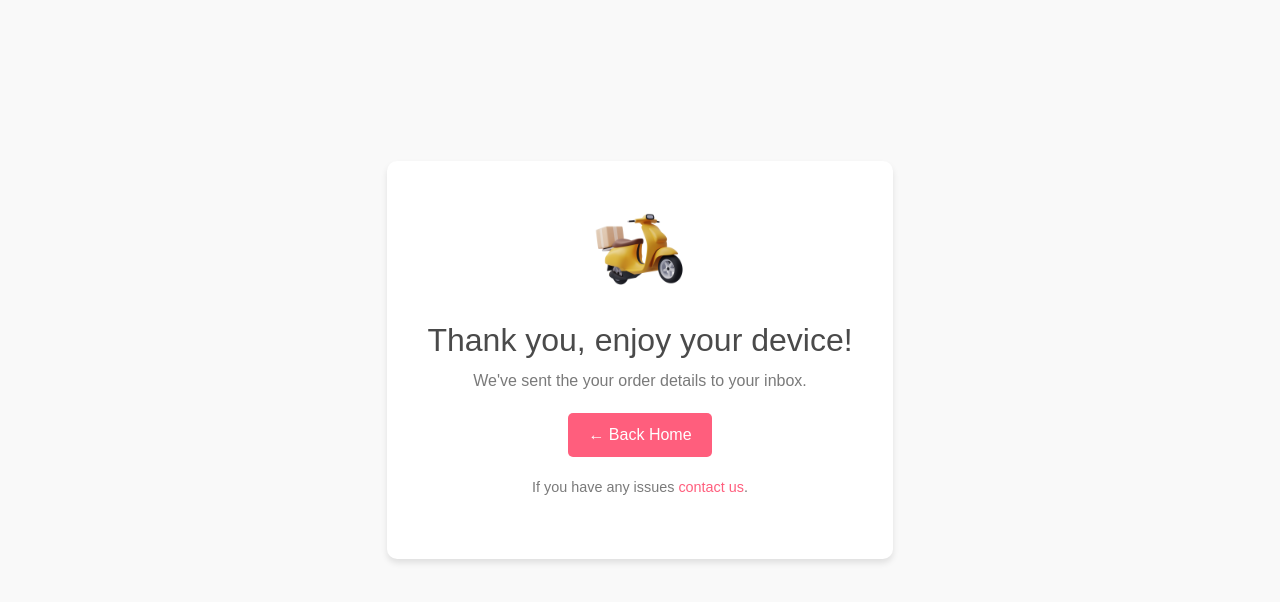
Repository: Davidobi21/macelect
Page: frontend/pages/thank-you.html
These files come from the project's save history. The page is drawn as it stood at one moment and after the next save; the edit follows.
The browser window is 1280 px wide. The pictures show the whole page.

Above is the page before, as saved 2025-05-01 05:23:46.

After the next save:
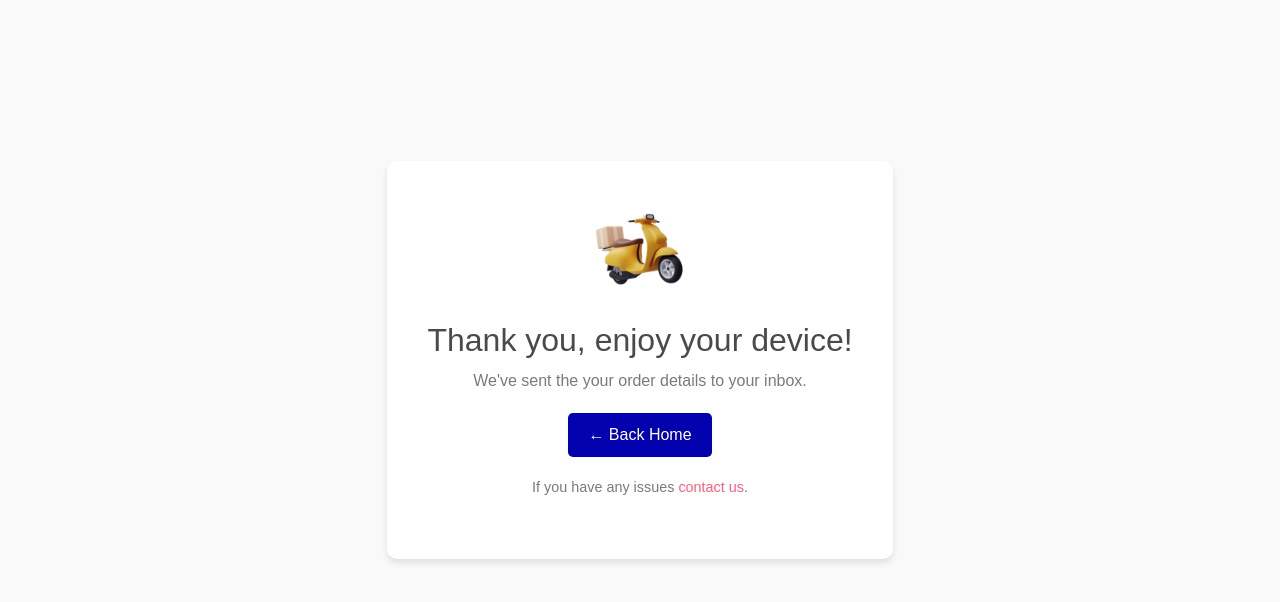
Saved 45 s later.
--- a/frontend/pages/thank-you.html
+++ b/frontend/pages/thank-you.html
@@ -36,7 +36,7 @@
       margin-bottom: 20px;
     }
     .thank-you-container .btn {
-      background-color: #ff5e7d;
+      background-color: #0300ad;
       color: #fff;
       padding: 10px 20px;
       border: none;
